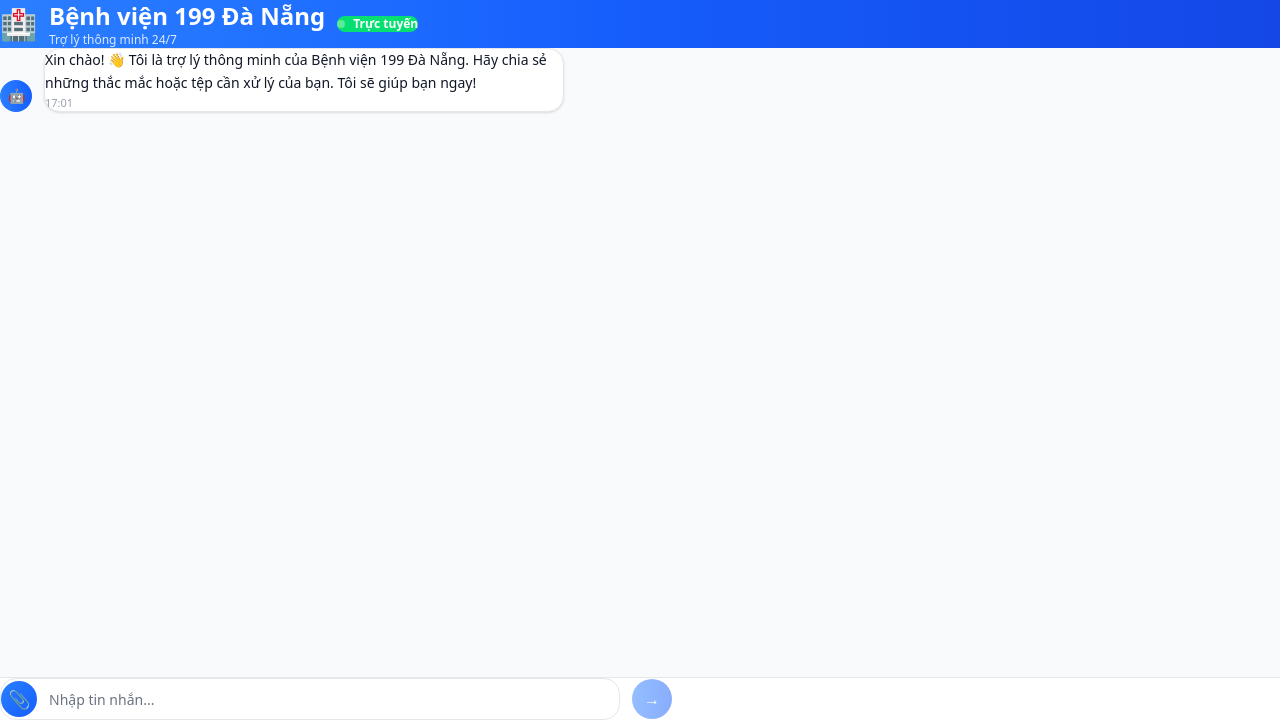
Repository: France2003/B-nh_Vi-n_199
Page: /
These files come from the project's save history. The page is drawn as it stood at one moment and after the next save; the edit follows.
The browser window is 1280 px wide. The pictures show the whole page.
The project was rebuilt for these pictures with package versions that can differ from the ones it lists, and the page was loaded fresh each time. Also part of the build but not shown: vite.config.ts, src/App.css, src/components/FilePreview.tsx.

Above is the page before, as saved 2026-01-10 00:21:50.

### index.html
<!doctype html>
<html lang="en">
  <head>
    <meta charset="UTF-8" />
    <link rel="icon" type="image/svg+xml" href="/vite.svg" />
    <meta name="viewport" content="width=device-width, initial-scale=1.0" />
    <title>chat199</title>
  </head>
  <body>
    <div id="root"></div>
    <script type="module" src="/src/main.tsx"></script>
  </body>
</html>

### src/index.css
@import "tailwindcss";

:root {
  --hospital-50: #f0f7fc;
  --hospital-100: #dceef9;
  --hospital-200: #b9def3;
  --hospital-300: #8fcde9;
  --hospital-400: #5ab9dd;
  --hospital-500: #35a4d0;
  --hospital-600: #2a7bb7;
  --hospital-700: #1e5b8d;
  --hospital-800: #0d4a73;
  --hospital-900: #081f2e;
}

* {
  @apply m-0 p-0 box-border;
}

html,
body {
  @apply h-full w-full;
}

body {
  @apply overflow-hidden;
}

#root {
  @apply h-screen w-screen;
}

/* Scrollbar Styling */
::-webkit-scrollbar {
  @apply w-2 h-2;
}

::-webkit-scrollbar-track {
  @apply bg-transparent;
}

::-webkit-scrollbar-thumb {
  background-color: rgb(13, 74, 115, 0.3);
  border-radius: 4px;
}

::-webkit-scrollbar-thumb:hover {
  background-color: rgb(13, 74, 115, 0.5);
}

/* Custom animations */
@keyframes slideIn {
  from {
    opacity: 0;
    transform: translateY(10px);
  }
  to {
    opacity: 1;
    transform: translateY(0);
  }
}

@keyframes bounce {
  0%, 80%, 100% {
    opacity: 0.5;
    transform: translateY(0);
  }
  40% {
    opacity: 1;
    transform: translateY(-10px);
  }
}

.animate-in {
  animation: slideIn 0.3s ease forwards;
}

.delay-200 {
  animation-delay: 200ms;
}

.delay-400 {
  animation-delay: 400ms;
}

.slide-in-from-bottom-2 {
  --tw-enter-translate-y: 8px;
}

### src/App.tsx
import './App.css'
import { ChatBot } from './components/ChatBot'

function App() {
  return <ChatBot />
}

export default App

### src/components/ChatBot.tsx
import React, { useState, useRef, useEffect } from 'react';
import type { Message, UploadedFile } from '../types';
import { ChatMessage } from './ChatMessage';
import { FileUploader } from './FileUploader';
import { FilePreview } from './FilePreview';

export const ChatBot: React.FC = () => {
  const [messages, setMessages] = useState<Message[]>([
    {
      id: '1',
      type: 'bot',
      content: 'Xin chào! 👋 Tôi là trợ lý thông minh của Bệnh viện 199 Đà Nẵng. Hãy chia sẻ những thắc mắc hoặc tệp cần xử lý của bạn. Tôi sẽ giúp bạn ngay!',
      timestamp: new Date(),
    },
  ]);

  const [uploadedFiles, setUploadedFiles] = useState<UploadedFile[]>([]);
  const [inputValue, setInputValue] = useState('');
  const [isLoading, setIsLoading] = useState(false);
  const messagesEndRef = useRef<HTMLDivElement>(null);
  const inputRef = useRef<HTMLInputElement>(null);

  const scrollToBottom = () => {
    messagesEndRef.current?.scrollIntoView({ behavior: 'smooth' });
  };

  useEffect(() => {
    scrollToBottom();
  }, [messages]);

  const handleFilesUpload = (files: UploadedFile[]) => {
    setUploadedFiles((prev) => [...prev, ...files]);
  };

  const handleFileDescriptionChange = (fileId: string, description: string) => {
    setUploadedFiles((prev) =>
      prev.map((file) =>
        file.id === fileId ? { ...file, description } : file
      )
    );
  };

  const handleRemoveFile = (fileId: string) => {
    setUploadedFiles((prev) => prev.filter((file) => file.id !== fileId));
  };

  const handleSendMessage = async () => {
    if (!inputValue.trim() && uploadedFiles.length === 0) return;

    setIsLoading(true);

    // Create user message
    const userMessage: Message = {
      id: `${Date.now()}`,
      type: 'user',
      content: inputValue,
      timestamp: new Date(),
      files: uploadedFiles.length > 0 ? [...uploadedFiles] : undefined,
    };

    setMessages((prev) => [...prev, userMessage]);
    setInputValue('');
    setUploadedFiles([]);

    // Simulate bot response
    setTimeout(() => {
      const botMessage: Message = {
        id: `${Date.now() + 1}`,
        type: 'bot',
        content: generateBotResponse(userMessage),
        timestamp: new Date(),
      };
      setMessages((prev) => [...prev, botMessage]);
      setIsLoading(false);
    }, 1000);
  };

  const generateBotResponse = (userMessage: Message): string => {
    if (userMessage.files && userMessage.files.length > 0) {
      const fileCount = userMessage.files.length;
      const fileNames = userMessage.files.map((f) => f.name).join(', ');
      return `✓ Đã nhận ${fileCount} tệp: ${fileNames}. ${
        userMessage.content
          ? `Yêu cầu: ${userMessage.content}`
          : 'Đang xử lý tệp của bạn...'
      }`;
    }

    const responses = [
      '✓ Cảm ơn bạn đã liên hệ! Chúng tôi đang xử lý yêu cầu của bạn.',
      '✓ Bệnh viện 199 sẵn sàng hỗ trợ! Hãy cho tôi biết thêm thông tin chi tiết.',
      '✓ Tôi đã ghi nhận thông tin của bạn. Có gì khác tôi có thể giúp?',
      '✓ Cảm ơn bạn đã tin tưởng dịch vụ của chúng tôi! 🏥',
    ];

    return responses[Math.floor(Math.random() * responses.length)];
  };

  const handleKeyPress = (e: React.KeyboardEvent<HTMLInputElement>) => {
    if (e.key === 'Enter' && !e.shiftKey) {
      e.preventDefault();
      handleSendMessage();
    }
  };

  return (
    <div className="flex flex-col h-screen bg-white">
      {/* Header */}
      <header className="bg-gradient-to-r from-blue-500 via-blue-600 to-blue-700 text-white px-6 py-4 shadow-lg">
        <div className="flex items-center gap-3">
          <div className="text-3xl">🏥</div>
          <div>
            <h1 className="text-2xl font-bold">Bệnh viện 199 Đà Nẵng</h1>
            <p className="text-blue-100 text-xs font-medium">Trợ lý thông minh 24/7</p>
          </div>
          <div className="ml-auto flex items-center gap-2 bg-green-400 bg-opacity-30 px-3 py-1 rounded-full">
            <div className="w-2 h-2 bg-green-300 rounded-full animate-pulse"></div>
            <span className="text-xs font-semibold">Trực tuyến</span>
          </div>
        </div>
      </header>

      {/* Chat Container */}
      <div className="flex-1 overflow-y-auto px-4 py-6 bg-gray-50">
        <div className="max-w-2xl mx-auto space-y-4">
          {messages.map((message) => (
            <ChatMessage key={message.id} message={message} />
          ))}
          {isLoading && (
            <div className="flex gap-3">
              <div className="w-8 h-8 rounded-full bg-gradient-to-r from-blue-500 to-blue-600 flex items-center justify-center text-white text-sm font-bold flex-shrink-0">🤖</div>
              <div className="flex gap-1.5 bg-white px-4 py-3 rounded-2xl shadow-sm">
                <div className="w-2 h-2 bg-blue-500 rounded-full animate-bounce"></div>
                <div className="w-2 h-2 bg-blue-500 rounded-full animate-bounce" style={{animationDelay: '0.2s'}}></div>
                <div className="w-2 h-2 bg-blue-500 rounded-full animate-bounce" style={{animationDelay: '0.4s'}}></div>
              </div>
            </div>
          )}
          <div ref={messagesEndRef} />
        </div>
      </div>

      {/* Input Area */}
      <div className="bg-white border-t border-gray-200 px-4 py-4 shadow-lg">
        <div className="max-w-2xl mx-auto">
          {uploadedFiles.length > 0 && (
            <div className="mb-4">
              <FilePreview
                files={uploadedFiles}
                onDescriptionChange={handleFileDescriptionChange}
                onRemove={handleRemoveFile}
              />
            </div>
          )}

          <div className="flex gap-3 items-center">
            <div className="flex-1 flex items-center gap-3 bg-white border border-gray-200 rounded-2xl px-3 py-2 transition-all focus-within:border-blue-400 focus-within:ring-1 focus-within:ring-blue-100">
              <FileUploader onFilesUpload={handleFilesUpload} showLabel={false} />

              <input
                ref={inputRef}
                type="text"
                value={inputValue}
                onChange={(e) => setInputValue(e.target.value)}
                onKeyPress={handleKeyPress}
                placeholder="Nhập tin nhắn..."
                className="flex-1 h-10 bg-transparent text-gray-900 placeholder-gray-500 focus:outline-none text-sm"
                disabled={isLoading}
              />

              {uploadedFiles.length > 0 && (
                <div className="flex items-center gap-2">
                  <div className="text-xs text-gray-500">{uploadedFiles.length} tệp</div>
                </div>
              )}
            </div>

            <button
              onClick={handleSendMessage}
              className="w-10 h-10 flex items-center justify-center rounded-full bg-gradient-to-r from-blue-500 to-blue-600 text-white font-bold transition-all duration-200 hover:shadow-lg hover:scale-105 active:scale-95 disabled:opacity-50 disabled:cursor-not-allowed flex-shrink-0"
              disabled={isLoading || (!inputValue.trim() && uploadedFiles.length === 0)}
              title="Gửi tin nhắn"
            >
              <span>→</span>
            </button>
          </div>
        </div>
      </div>
    </div>
  );
};

### src/components/ChatMessage.tsx
import React from 'react';
import type { Message } from '../types';

interface ChatMessageProps {
  message: Message;
}

export const ChatMessage: React.FC<ChatMessageProps> = ({ message }) => {
  const isUser = message.type === 'user';
  return (
    <div className={`flex ${isUser ? 'justify-end' : 'justify-start'} px-2`}>
      <div className={`flex items-end gap-3 max-w-full ${isUser ? 'ml-auto' : ''}`}>
        {!isUser && (
          <div className="flex-shrink-0 w-8 h-8 rounded-full bg-gradient-to-r from-blue-500 to-blue-600 flex items-center justify-center text-white text-sm">🤖</div>
        )}

        <div className={`rounded-2xl p-3 break-words shadow-sm ${
          isUser
            ? 'bg-gradient-to-br from-blue-500 to-blue-600 text-white rounded-br-2xl rounded-bl-2xl rounded-tl-2xl'
            : 'bg-white text-gray-900 rounded-bl-2xl rounded-br-2xl border border-gray-200'
        }`} style={{maxWidth: '520px'}}>
          <div className="flex flex-col gap-2">
            <div className="text-sm leading-relaxed whitespace-pre-wrap">{message.content}</div>

            {message.files && message.files.length > 0 && (
              <div className="mt-2 grid grid-cols-1 sm:grid-cols-2 gap-2">
                {message.files.map((file) => (
                  <div key={file.id} className="flex items-start gap-2">
                    {file.type === 'image' && file.preview ? (
                      <img src={file.preview} alt={file.name} className="w-20 h-20 object-cover rounded-md" />
                    ) : (
                      <div className="w-20 h-20 flex items-center justify-center rounded-md bg-gray-100">
                        <span className="text-2xl">📄</span>
                      </div>
                    )}
                    <div className="flex-1 min-w-0">
                      <p className="text-xs font-medium truncate">{file.name}</p>
                      {file.description && <p className="text-xs text-gray-500 mt-1 truncate">{file.description}</p>}
                    </div>
                  </div>
                ))}
              </div>
            )}
          </div>

          <div className={`text-[11px] mt-2 ${isUser ? 'text-white/80 text-right' : 'text-gray-400 text-left'}`}>
            {message.timestamp.toLocaleTimeString('vi-VN', { hour: '2-digit', minute: '2-digit' })}
          </div>
        </div>

        {isUser && (
          <div className="flex-shrink-0 w-8 h-8 rounded-full bg-white flex items-center justify-center text-blue-600 text-sm shadow-sm">Bạn</div>
        )}
      </div>
    </div>
  );
};

### src/components/FileUploader.tsx
import React, { useState, useRef } from 'react';
import type { UploadedFile } from '../types';

interface FileUploaderProps {
  onFilesUpload: (files: UploadedFile[]) => void;
  showLabel?: boolean;
}

export const FileUploader: React.FC<FileUploaderProps> = ({ onFilesUpload, showLabel = true }) => {
  const [isDragActive, setIsDragActive] = useState(false);
  const fileInputRef = useRef<HTMLInputElement>(null);

  const handleDrag = (e: React.DragEvent) => {
    e.preventDefault();
    e.stopPropagation();
    if (e.type === 'dragenter' || e.type === 'dragover') {
      setIsDragActive(true);
    } else if (e.type === 'dragleave') {
      setIsDragActive(false);
    }
  };

  const processFiles = (files: FileList) => {
    const uploadedFiles: UploadedFile[] = [];

    Array.from(files).forEach((file) => {
      const isImage = file.type.startsWith('image/');
      const uploadedFile: UploadedFile = {
        id: `${Date.now()}-${Math.random()}`,
        name: file.name,
        type: isImage ? 'image' : 'file',
        file,
      };

      if (isImage) {
        const reader = new FileReader();
        reader.onload = (e) => {
          uploadedFile.preview = e.target?.result as string;
        };
        reader.readAsDataURL(file);
      }

      uploadedFiles.push(uploadedFile);
    });

    onFilesUpload(uploadedFiles);
  };

  const handleDrop = (e: React.DragEvent) => {
    e.preventDefault();
    e.stopPropagation();
    setIsDragActive(false);

    if (e.dataTransfer.files && e.dataTransfer.files[0]) {
      processFiles(e.dataTransfer.files);
    }
  };

  const handleChange = (e: React.ChangeEvent<HTMLInputElement>) => {
    if (e.target.files) {
      processFiles(e.target.files);
    }
  };

  if (!showLabel) {
    return (
      <>
        <input
          ref={fileInputRef}
          type="file"
          multiple
          onChange={handleChange}
          accept="image/*,.pdf,.doc,.docx,.xls,.xlsx,.txt"
          className="hidden"
          id="file-upload-input"
        />
        <label
          htmlFor="file-upload-input"
          className="flex items-center justify-center w-9 h-9 rounded-full bg-gradient-to-br from-blue-500 to-blue-600 text-white cursor-pointer hover:shadow-md transition-transform active:scale-95 flex-shrink-0"
          title="Tải file"
          onDragEnter={handleDrag}
          onDragLeave={handleDrag}
          onDragOver={handleDrag}
          onDrop={handleDrop}
        >
          <span className="text-lg">📎</span>
        </label>
      </>
    );
  }

  return (
    <div
      className={`border-2 border-dashed rounded-2xl p-8 text-center transition-all cursor-pointer mb-5 ${
        isDragActive
          ? 'border-blue-500 bg-blue-50 shadow-lg scale-105'
          : 'border-blue-300 bg-blue-50 hover:bg-blue-100 hover:border-blue-400'
      }`}
      onDragEnter={handleDrag}
      onDragLeave={handleDrag}
      onDragOver={handleDrag}
      onDrop={handleDrop}
    >
      <input
        ref={fileInputRef}
        type="file"
        multiple
        onChange={handleChange}
        accept="image/*,.pdf,.doc,.docx,.xls,.xlsx,.txt"
        className="hidden"
      />
      <div className="pointer-events-none">
        <div className="text-4xl mb-3">📁</div>
        <p className="m-0 mb-2 text-base font-bold text-blue-900">Kéo thả file tại đây</p>
        <p className="m-0 text-sm text-blue-600 mb-3">hoặc nhấp để chọn từ máy tính</p>
        <p className="m-0 text-xs text-blue-500">Hỗ trợ: Hình ảnh, PDF, Word, Excel</p>
      </div>
    </div>
  );
};

Loaded but not shown: src/main.tsx (common file)

After the next save:
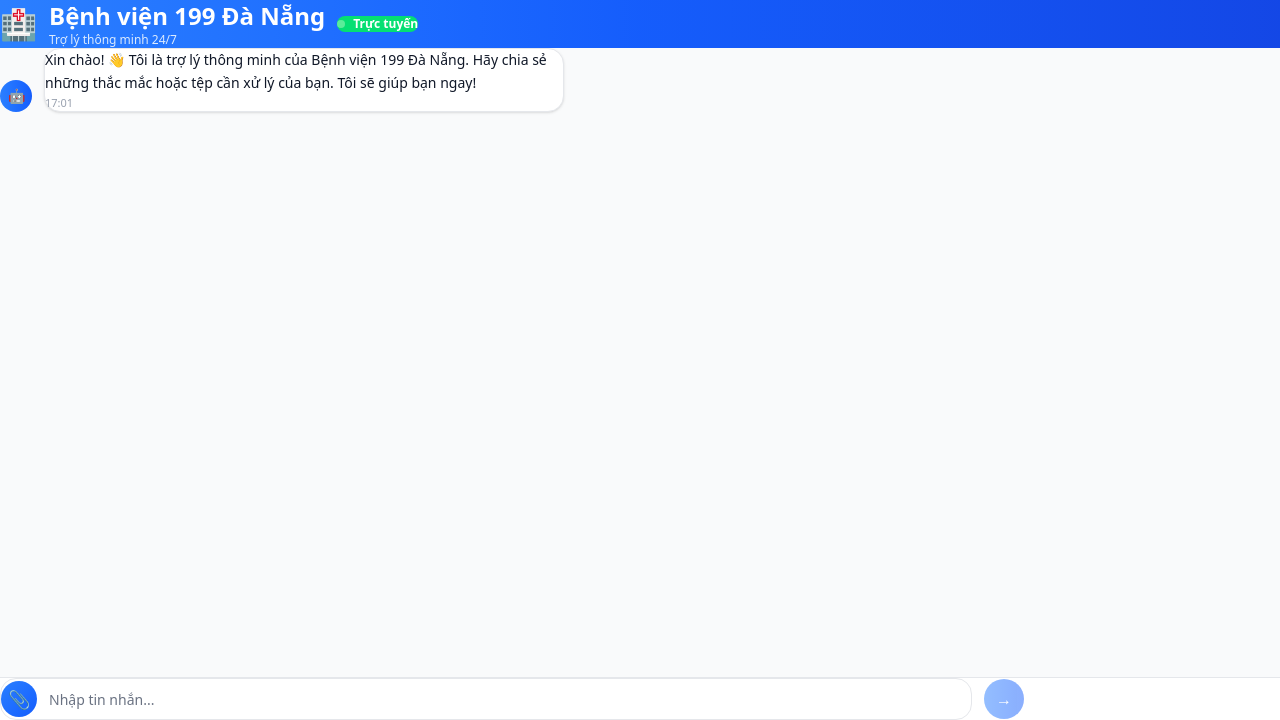
Saved 11 h 9 min later.
--- a/src/components/ChatBot.tsx
+++ b/src/components/ChatBot.tsx
@@ -122,7 +122,7 @@
 
       {/* Chat Container */}
       <div className="flex-1 overflow-y-auto px-4 py-6 bg-gray-50">
-        <div className="max-w-2xl mx-auto space-y-4">
+        <div className="w-full max-w-full sm:max-w-3xl lg:max-w-5xl mx-auto space-y-4">
           {messages.map((message) => (
             <ChatMessage key={message.id} message={message} />
           ))}
@@ -142,7 +142,7 @@
 
       {/* Input Area */}
       <div className="bg-white border-t border-gray-200 px-4 py-4 shadow-lg">
-        <div className="max-w-2xl mx-auto">
+        <div className="w-full max-w-full sm:max-w-3xl lg:max-w-5xl mx-auto">
           {uploadedFiles.length > 0 && (
             <div className="mb-4">
               <FilePreview
